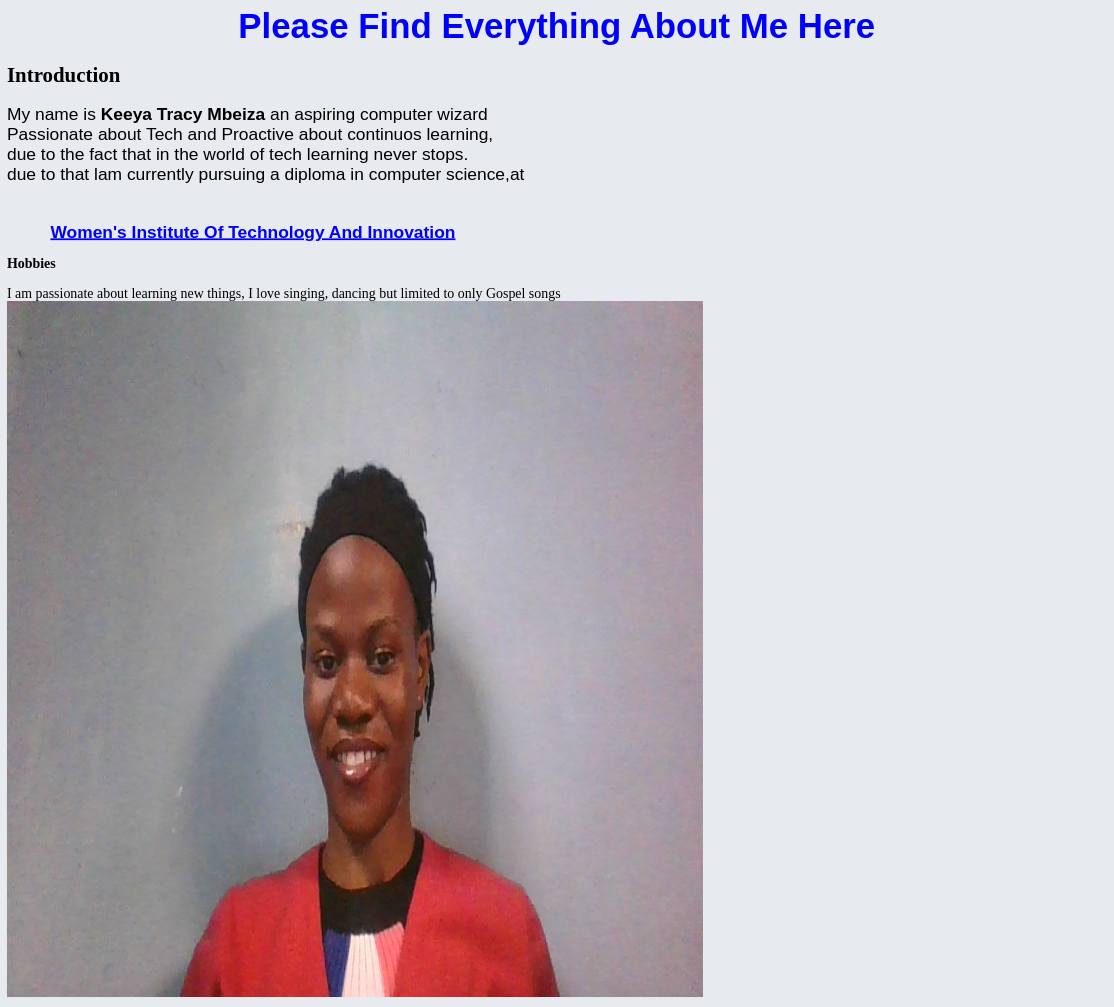
Repository: tracykeeya/my_first_web
Page: index.html
These files come from the project's save history. The page is drawn as it stood at one moment and after a run of saves; the edit follows.
The browser window is 1280 px wide. The pictures show the whole page, at 87% of full size.

Above is the page before, as saved 2025-11-03 11:23:43.

### index.html
<!DOCTYPE html>
<html lang="en">
<head>
    <meta charset="UTF-8">
    <meta name="viewport" content="width=device-width, initial-scale=1.0">
    <title>My First Web Page</title>
</head>
<body style="background-color: rgb(231, 234, 238)" font-family="Arial, Helvetica, sans-serif" margin: 40px; color: #333;>
    <h1 style="margin: 0 auto; text-align: center; color: blue; font-size: 40px; font-family: Arial, Helvetica, sans-serif;">Please Find Everything About Me Here</h1>
    <h2>Introduction</h2>

    <p style="font-size: 20px; font-family: Arial, Helvetica, sans-serif; text-align: left; color: rgb(0, 0, 0)">My name is<strong> Keeya Tracy Mbeiza</strong> an aspiring computer wizard<br>Passionate about Tech and Proactive about continuos learning,<br> due to the fact that in the world of tech learning never stops.<br> due to that lam currently pursuing a diploma in computer science,at<br>
        </br></p>
    <a href="https://www.witi.ac.ug/" style="position: relative; left: 50px; color: rgb(0, 0, 255); font-size: 20px; font-family: Arial, Helvetica, sans-serif"><b> Women's Institute Of Technology And Innovation</b></a>

    <p><b>Hobbies</b></p>
    I am passionate about learning new things,
    I love singing, dancing but limited to only Gospel songs


    <!-- <img src="https://www.witi.ac.ug/wp-content/uploads/2020/08/WhatsApp-Image-2020-08-14-at-11.16.16-AM.jpeg" alt=""> -->
    <img src="/Tracy.jpg " alt="" width="800" height="800";>

</body>
</html>

After the next 2 saves:
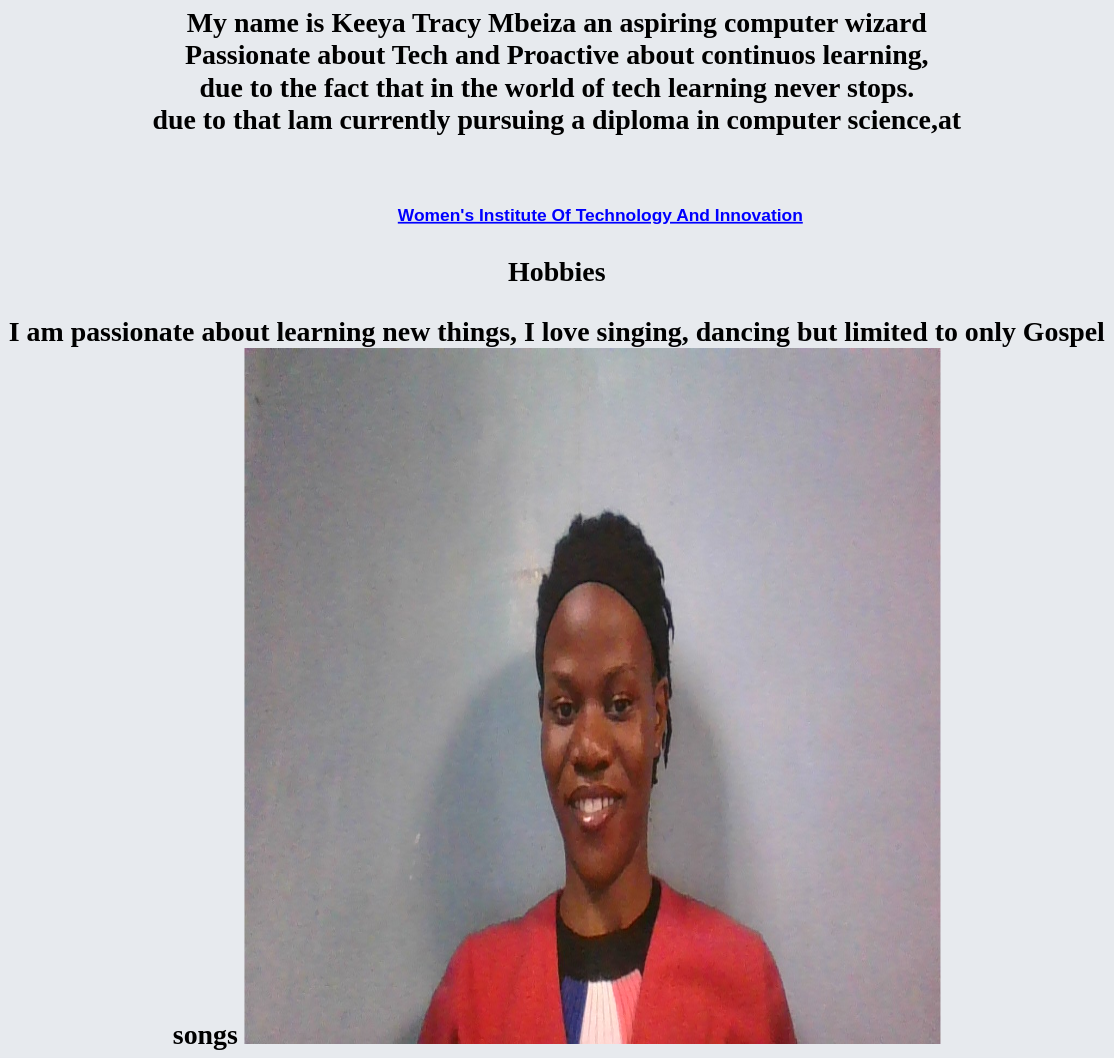
The 2 saves are shown as one change because they came seconds apart.
The last was saved 95 s later.
--- a/index.html
+++ b/index.html
@@ -6,7 +6,7 @@
     <title>My First Web Page</title>
 </head>
 <body style="background-color: rgb(231, 234, 238)" font-family="Arial, Helvetica, sans-serif" margin: 40px; color: #333;>
-    <h1 style="margin: 0 auto; text-align: center; color: blue; font-size: 40px; font-family: Arial, Helvetica, sans-serif;">Please Find Everything About Me Here</h1>
+    <h1 style="margin: 0 auto; text-align: center; color>Please Find Everything About Me Here</h1>
     <h2>Introduction</h2>
 
     <p style="font-size: 20px; font-family: Arial, Helvetica, sans-serif; text-align: left; color: rgb(0, 0, 0)">My name is<strong> Keeya Tracy Mbeiza</strong> an aspiring computer wizard<br>Passionate about Tech and Proactive about continuos learning,<br> due to the fact that in the world of tech learning never stops.<br> due to that lam currently pursuing a diploma in computer science,at<br>
